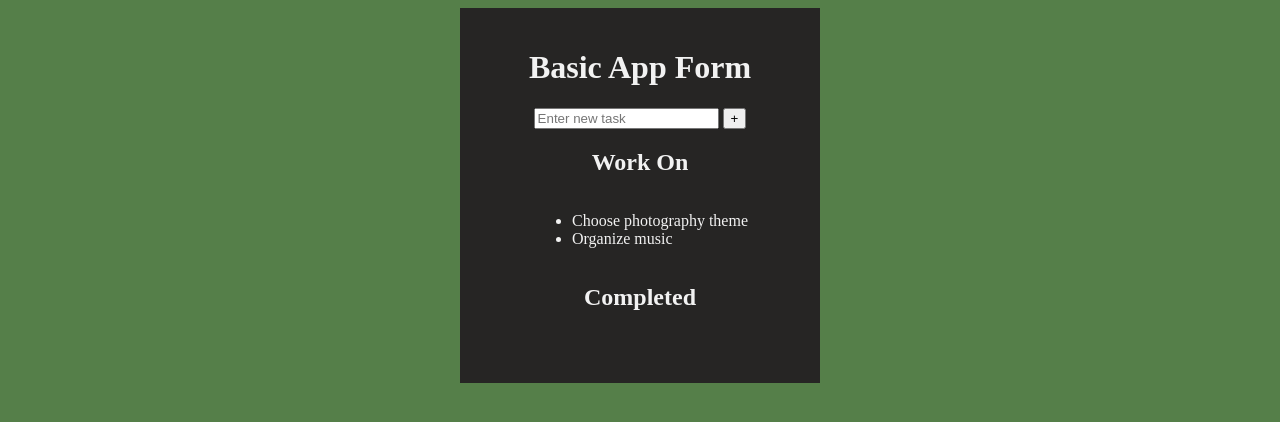
Repository: Kayla-amr/dgm_3760
Page: todoTemplate-W2/index.html
The author's editor kept a copy of each file at every save. The page is drawn from the files as they stood at one save, then again after the next save.
The browser window is 1280 px wide. The pictures show the whole page.

Above is the page before, as saved 2022-10-17 17:07:37.

After the next save:
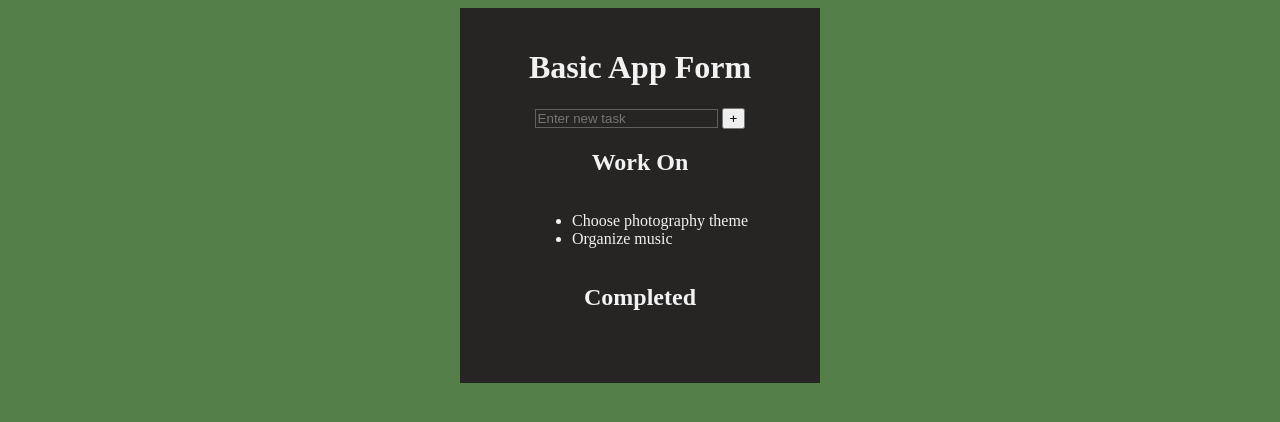
Saved 4 s later.
--- a/todoTemplate-W2/styles.css
+++ b/todoTemplate-W2/styles.css
@@ -16,7 +16,9 @@ main{
     justify-content: center;
     align-items: center;
 }
-.todoTask
+.todoTasks{
+    padding-right: ;
+}
 .userInput{
     background-color: #eaaf1900;
     border: 1px solid #808080a1;
